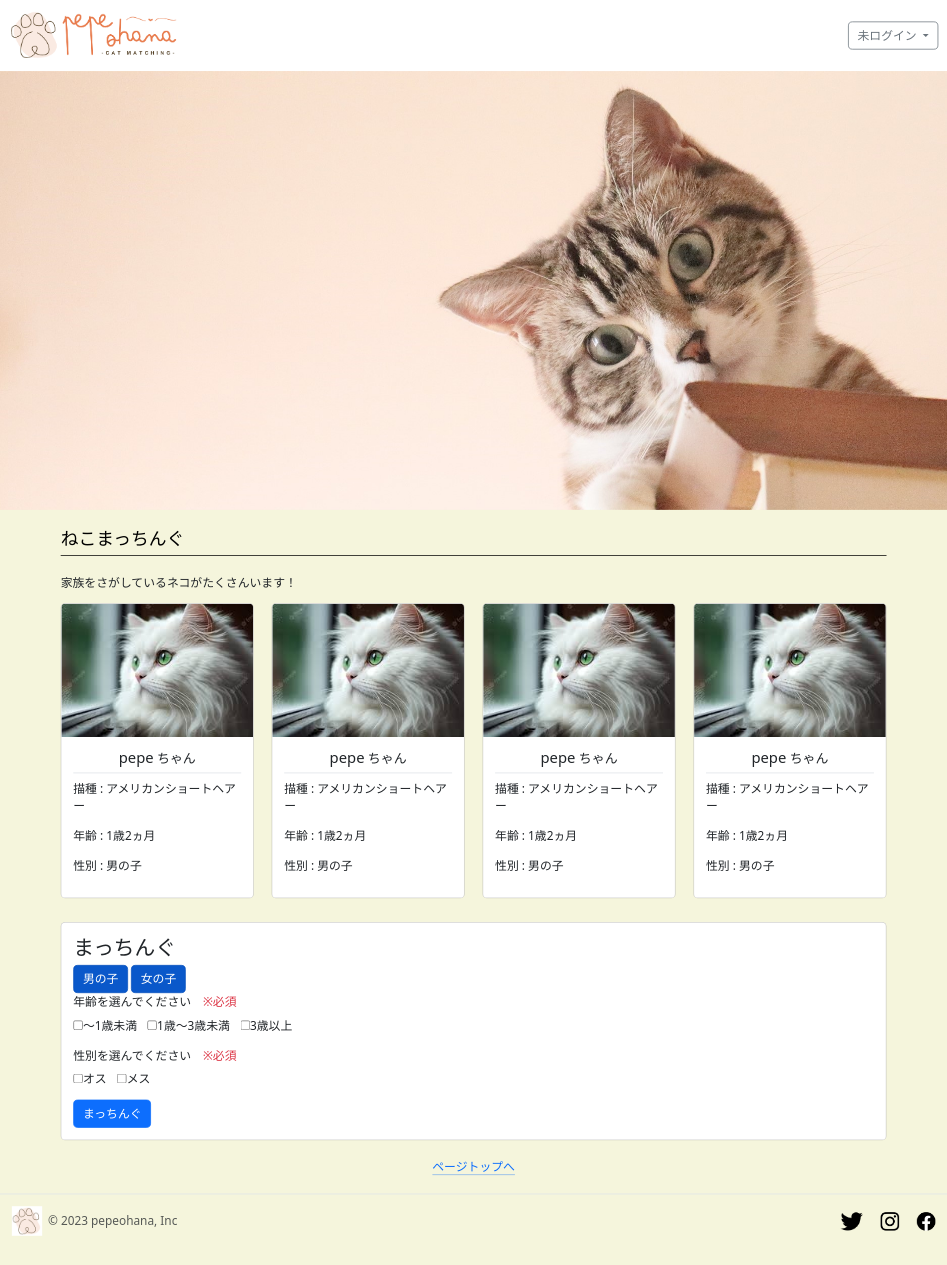
Repository: sakuwell/pepe
Page: http://localhost/PepeOhana/
The author's editor kept a copy of each file at every save. The page is drawn from the files as they stood at one save, then again after the next save.
The browser window is 1280 px wide. The pictures show the whole page, at 74% of full size.
The page is served by Tomcat 9.

Above is the page before, as saved 2023-09-06 06:11:42.

After the next save:
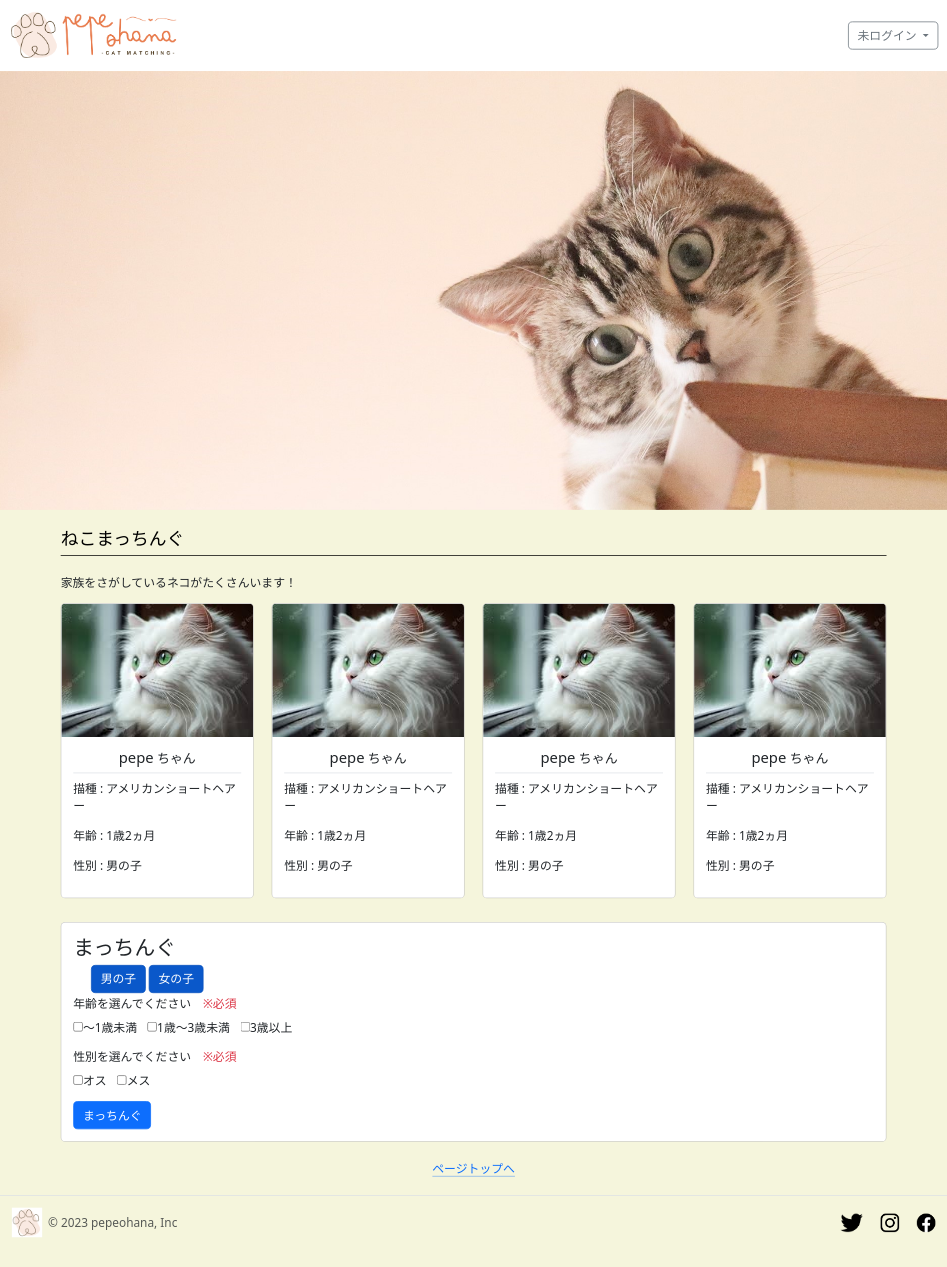
Saved 97 s later.
--- a/ExWorkSpace/PepeOhana/src/main/webapp/index.jsp
+++ b/ExWorkSpace/PepeOhana/src/main/webapp/index.jsp
@@ -146,10 +146,12 @@
         <div class="card mt-3 p-3">
          	<form action="#">
          		<h3>まっちんぐ</h3>
-         		<input type="checkbox" class="btn-check" id="btn-check-2" checked autocomplete="off">
-				<label class="btn btn-primary" for="btn-check-2">男の子</label>
-         		<input type="checkbox" class="btn-check" id="btn-check-2" checked autocomplete="off">
-				<label class="btn btn-primary" for="btn-check-2">女の子</label>
+         		<div class="form-check">
+	         		<input type="checkbox" class="btn-check" id="btn-check-2" checked autocomplete="off">
+					<label class="btn btn-primary" for="btn-check-2">男の子</label>
+	         		<input type="checkbox" class="btn-check" id="btn-check-2" checked autocomplete="off">
+					<label class="btn btn-primary" for="btn-check-2">女の子</label>
+				</div>
 				<div class="mb-3">
 					<label for="exampleInputEmail1" class="form-label">年齢を選んでください<span class="text-danger">　※必須</span></label><br>
 				    <input type="checkbox" name="GENDER" id="GENDER" value="1">～1歳未満
